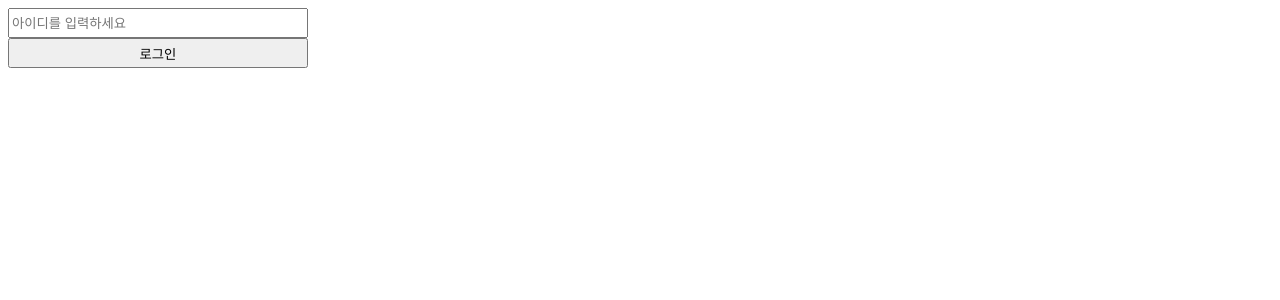
Repository: mekeyace/portfolio
Page: http://localhost/web/mobile.jsp
The author's editor kept a copy of each file at every save. The page is drawn from the files as they stood at one save, then again after the next save.
The browser window is 1280 px wide. The pictures show the whole page.
The page is served by Tomcat 9.

Above is the page before, as saved 2023-06-22 05:55:11.

After the next save:
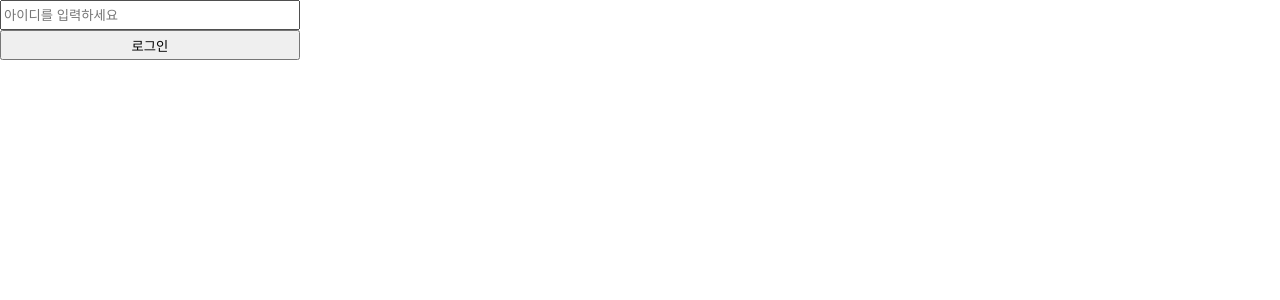
Saved 32 s later.
--- a/maven/web/src/main/webapp/mobile.jsp
+++ b/maven/web/src/main/webapp/mobile.jsp
@@ -8,6 +8,10 @@
 <title>모바일 전용 사용시 오브젝트 변화 (calc)</title>
 <!-- 340 ~ 580px -->
 <style>
+body {
+margin: 0;
+padding: 0;
+}
 .mid {
 width : 300px;
 height: 30px;
